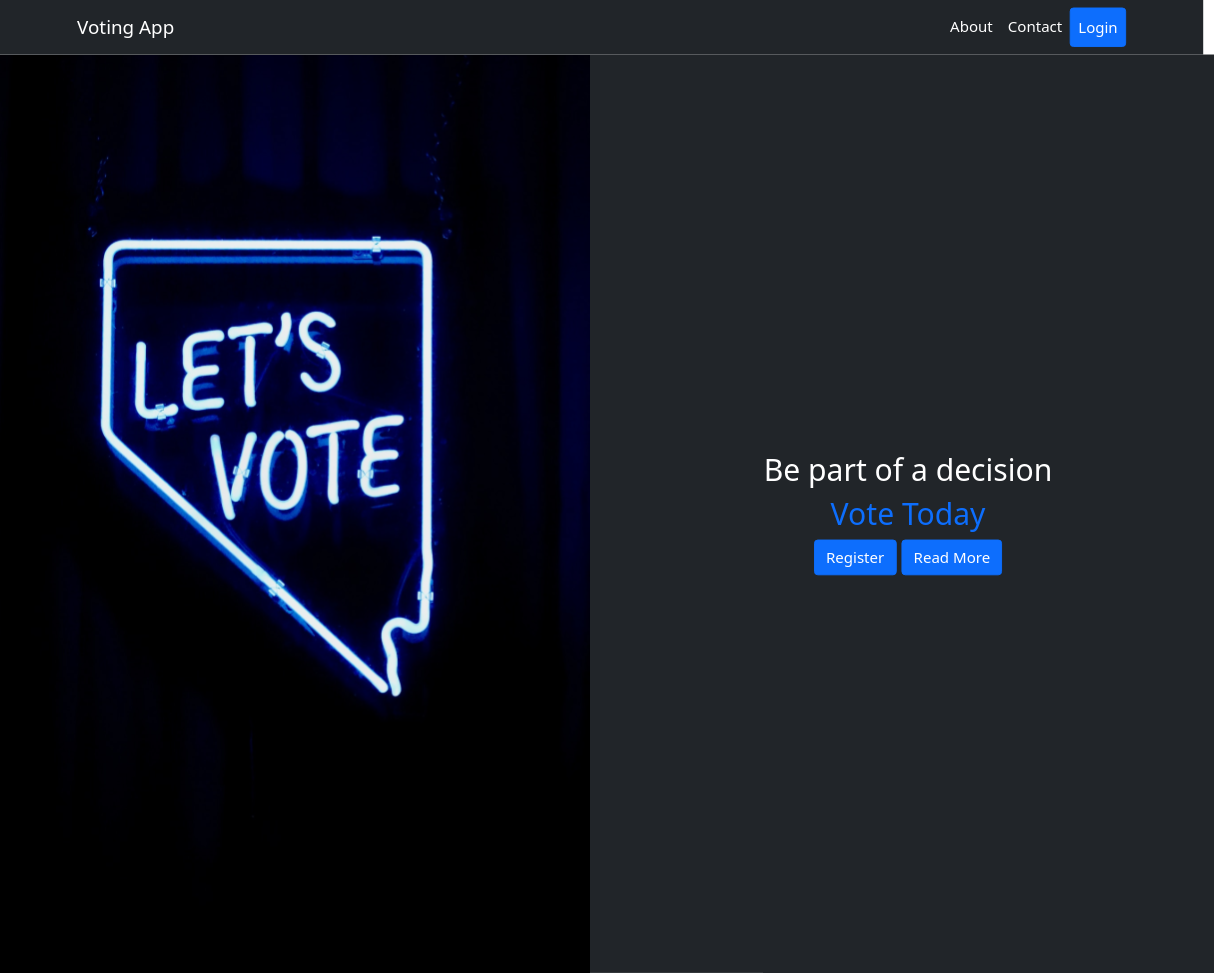
Repository: DavidManiIbrahim/Voting-app
Page: index.html
An editor plug-in stored every save of this project. The page is shown before and after a run of saves, followed by the edit.
The browser window is 1280 px wide. The page is 1292 px wide, so the pictures cover 1292 px, including what lies to the right of the window. The pictures show the whole page, at 94% of full size.

Above is the page before, as saved 2025-01-18 03:42:37.

### index.html
<!DOCTYPE html>
<html lang="en">
<head>
    <meta charset="UTF-8">
    <meta name="viewport" content="width=device-width, initial-scale=1.0">
    <title>Voting app</title>
    <link rel="stylesheet" href="./bootstrap.css">
    <!-- <link rel="stylesheet" href="./styles.css.css"> -->
</head>
<body>

<!-- NavBar -->

    <nav class="navbar navbar-expand-lg bg-dark text-white ">
        <div class="container">
            <a href="#" class="navbar-brand text-white ">Voting App</a>


            <button class="navbar-toggler" data-bs-target="#navmenu" data-bs-toggle="collapse">
                <span class="navbar-toggler-icon bg-primary"></span>
            </button>
            <div class="collapse navbar-collapse " id="navmenu">
                <ul class="navbar-nav ms-auto text-center">
                    <li class="nav-link text-white">About</li>
                    <li class="nav-link text-white">Contact</li>
                    <a class="nav-link btn btn-primary text-white">Login</a>
                </ul>
            </div>
</div>
    </nav>

<!-- Hero Section -->

<div class="row h-100 bg-dark">
    <div class="col-md">
        <img src="./unsplash_LA1VawaCjjI.svg" alt="" class="img-fluid">
    </div>
    <div class="col-md m-auto" >
        <div class="container-fluid text-center lead m-auto text-white" id="content">
            <h2>Be part of a decision</h2>
            <h2 class="text-primary">Vote Today</h2>
            <div class="">
                <button class="btn btn-primary">Register</button>
                <button class="btn btn-primary">Read More</button>
            </div>
        </div>
    </div>
</div>










    <script src="./bootstrap.min.js"></script>
</body>
</html>

Loaded but not shown: bootstrap.css (library); bootstrap.min.js (library)

After the next 2 saves:
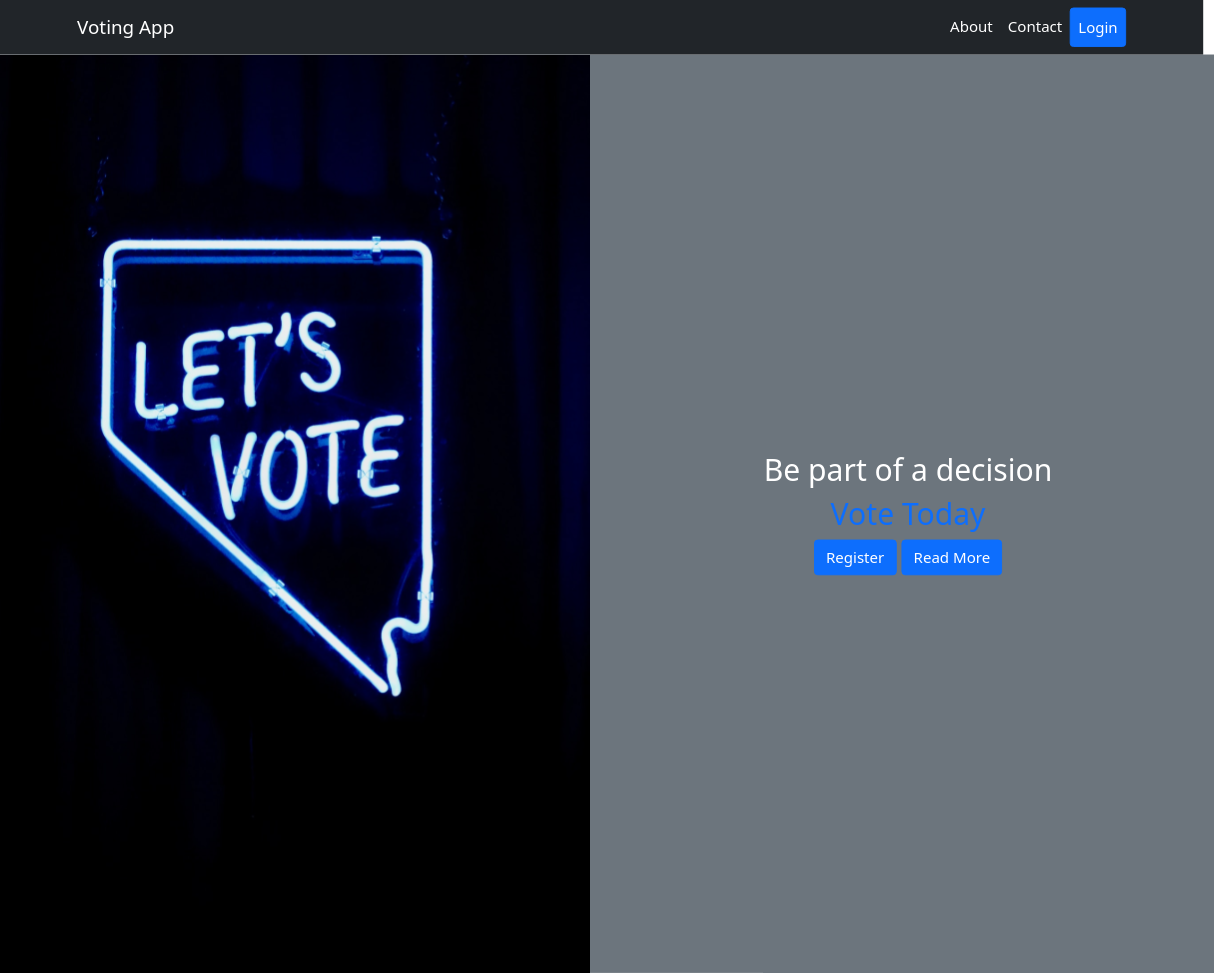
The 2 saves are shown as one change because they came seconds apart.
The last was saved 23 s later.
--- a/index.html
+++ b/index.html
@@ -31,7 +31,7 @@
 
 <!-- Hero Section -->
 
-<div class="row h-100 bg-dark">
+<div class="row h-100 bg-secondary">
     <div class="col-md">
         <img src="./unsplash_LA1VawaCjjI.svg" alt="" class="img-fluid">
     </div>

After the save that followed:
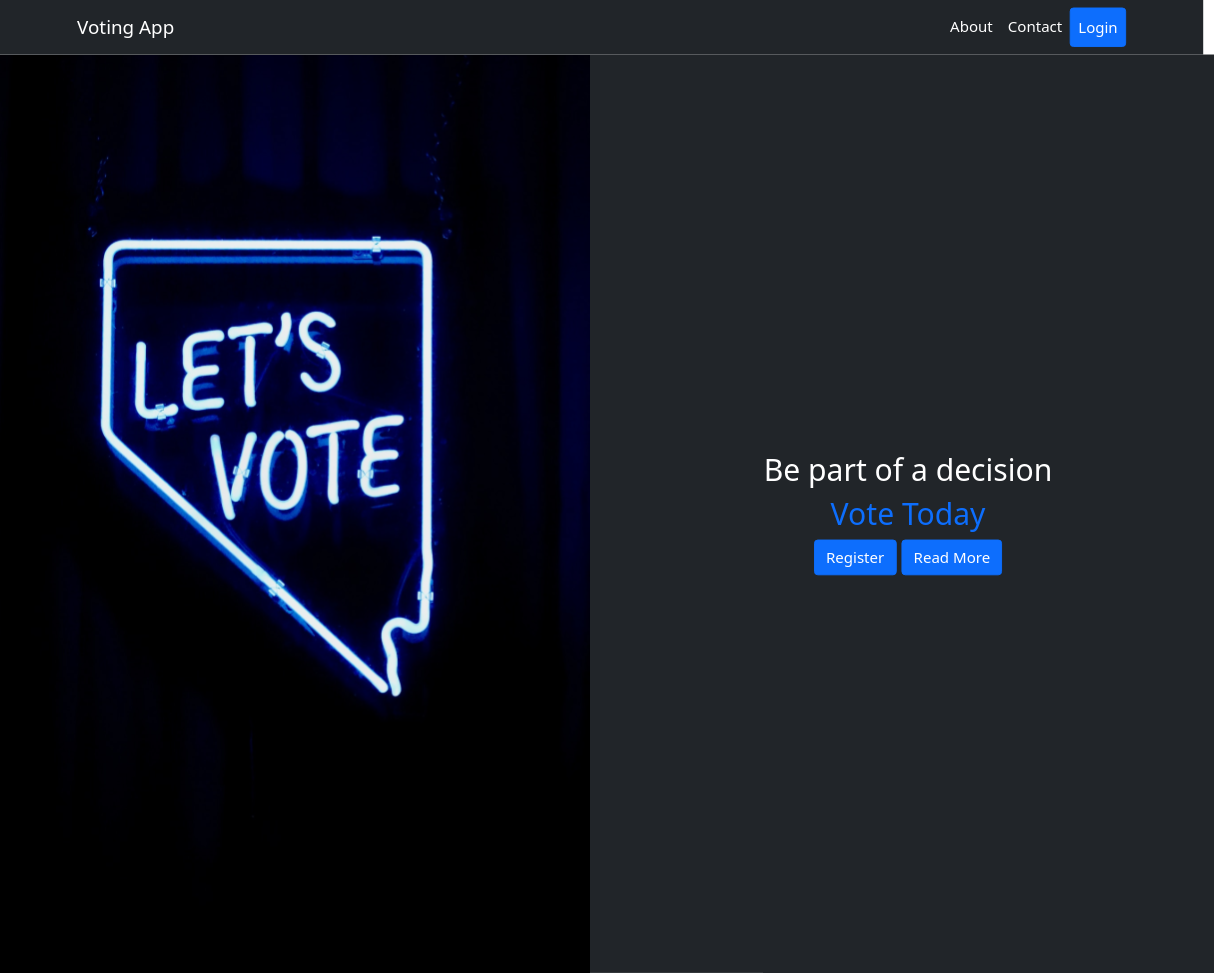
Saved 16 s later.
--- a/index.html
+++ b/index.html
@@ -31,7 +31,7 @@
 
 <!-- Hero Section -->
 
-<div class="row h-100 bg-secondary">
+<div class="row h-100 bg-dark">
     <div class="col-md">
         <img src="./unsplash_LA1VawaCjjI.svg" alt="" class="img-fluid">
     </div>
